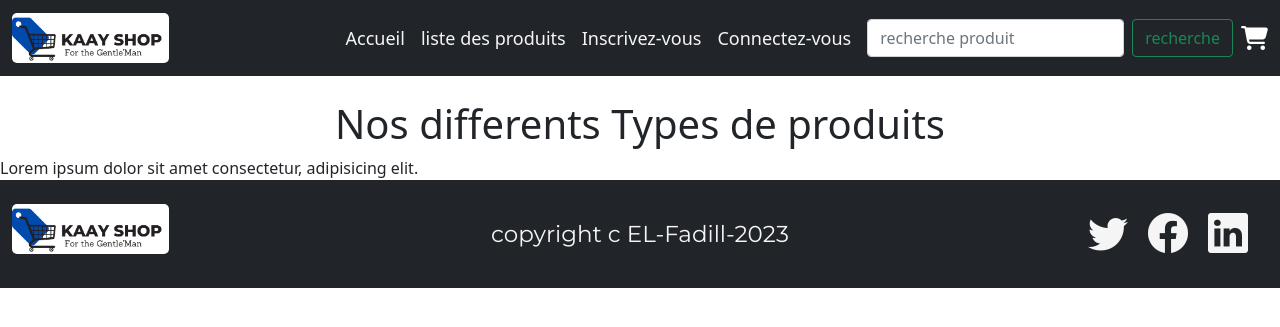
Repository: wadelfadill/Mini_projet_bootstrap_Site_vente_online
Page: list_product.html
These files come from the project's save history. The page is drawn as it stood at one moment and after the next save; the edit follows.
The browser window is 1280 px wide. The pictures show the whole page.
Some web libraries are served in a nearby version.

Above is the page before, as saved 2023-05-16 10:34:02.

### list_product.html
<!DOCTYPE html>
<html lang="en">
<head>
    <!--======== Website icone =======-->
    <link rel="shortcut icon" href="assets/images/logo/cart-shopping-solid.svg" type="image/x-icon">
    <meta charset="UTF-8">
    <meta http-equiv="X-UA-Compatible" content="IE=edge">
    <meta name="viewport" content="width=device-width, initial-scale=1.0">
    <!--=========== Title of Website ============-->
    <title>KAAY-SHOP</title>

    <!--======== Bootstrap Links ===========-->
    <link href="https://cdn.jsdelivr.net/npm/bootstrap@5.1.3/dist/css/bootstrap.min.css" rel="stylesheet" integrity="sha384-1BmE4kWBq78iYhFldvKuhfTAU6auU8tT94WrHftjDbrCEXSU1oBoqyl2QvZ6jIW3" crossorigin="anonymous">
    <link rel="stylesheet" href="https://cdn.jsdelivr.net/npm/bootstrap-icons@1.10.5/font/bootstrap-icons.css">
    <!--========= CSS links ===============-->
    <link rel="stylesheet" href="assets/css/style.css">
    <link rel="stylesheet" href="assets/css/list_product_style.css">
    <!--========= Google Fonts Links =========-->
    <link rel="preconnect" href="https://fonts.googleapis.com">
    <link rel="preconnect" href="https://fonts.gstatic.com" crossorigin>
    <link href="https://fonts.googleapis.com/css2?family=Montserrat:wght@400;700&family=Roboto:wght@100;400;700&display=swap" rel="stylesheet">
    <!--========== Google Font-Awesome Script  ==========-->
    <script src="https://kit.fontawesome.com/8f130c8a35.js" crossorigin="anonymous"></script>

</head>
<body>
    <!-- ========== Start Header Section ========== -->
    <header id="header">
        <nav class="navbar navbar-expand-lg navbar-dark bg-dark fixed-top">
            <div class="container-fluid">
              <a class="navbar-brand" href="#header"><img src="assets/images/logo/kAAY SHOP.png" alt="" class="img-fluid website_logo"></a>
              <button class="navbar-toggler" type="button" data-bs-toggle="collapse" data-bs-target="#navbarSupportedContent" aria-controls="navbarSupportedContent" aria-expanded="false" aria-label="Toggle navigation">
                <span class="navbar-toggler-icon"></span>
              </button>
              <div class="collapse navbar-collapse" id="navbarSupportedContent">
                <ul class="navbar-nav ms-auto mb-2 mb-lg-0 me-2">
                  <li class="nav-item">
                    <a class="nav-link active" aria-current="page" href="index.html">Accueil</a>
                  </li>
                  <li class="nav-item">
                    <a class="nav-link" href="list_product.html">liste des produits</a>
                  </li>
                  <li class="nav-item">
                    <a class="nav-link" href="registration.html">Inscrivez-vous</a>
                  </li>
                  <li class="nav-item">
                    <a class="nav-link" href="longin.html">Connectez-vous</a>
                  </li>
                </ul>
                <form class="d-flex">
                  <input class="form-control me-2" type="search" placeholder="recherche produit" aria-label="Search">
                  <button class="btn btn-outline-success" type="submit">recherche</button>
                </form>
                <div class="market-icone ms-2">
                    <i class="fa-solid fa-cart-shopping fa-xl" style="color: #ffffff;"></i>
                </div>
              </div>
            </div>
        </nav>
    </header>
    <!-- ========== End Header Section ========== -->
    <!--==================================================-->
   <!-- ========== Start Main ========== -->
   <main id="main">
        <!-- <section id="shirts">
          <div class="container-fluid text-center">
            <div class="entete">
              <h1>LES SHIRTS</h1>
            <span>Lorem ipsum dolor sit amet consectetur adipisicing elit.</span>
            </div>
            <div class="row">
             <div class="categorie_title">
              <h2>Tee-shirts</h2>
             </div>
              <div class="col-md-3">
              </div>
              <div class="col-md-3"></div>
              <div class="col-md-3"></div>
              <div class="col-md-3"></div>
            </div>
          </div>
        </section> -->
        <div id="list_banner">
          <div id="carouselExampleInterval" class="carousel slide" data-bs-ride="carousel">
            <div class="carousel-inner">
              <div class="carousel-item active" data-bs-interval="10000">
                <div class="item1">
                  <h1 class="text-center">Nos differents Types de produits</h1>
                  <span class="text-center">Lorem ipsum dolor sit amet consectetur, adipisicing elit.</span>
                </div>
              </div>
              <div class="carousel-item" data-bs-interval="2000">
                <div class="item2">
                  <h1 class="text-center">Shirts</h1>
                  <span class="text-center">Lorem ipsum dolor sit amet consectetur, adipisicing elit.</span>
                </div>
              </div>
              <div class="carousel-item">
                <div class="item3">
                  <h1 class="text-center">Pantalons</h1>
                  <span class="text-center">Lorem ipsum dolor sit amet consectetur, adipisicing elit.</span>
                </div>
              </div>
              <div class="carousel-item">
                <div class="item4">
                  <h1 class="text-center">Shoes</h1>
                  <span class="text-center">Lorem ipsum dolor sit amet consectetur, adipisicing elit.</span>
                </div>
              </div>
              <div class="carousel-item">
                <div class="item5">
                  <h1 class="text-center">Accessoires</h1>
                  <span class="text-center">Lorem ipsum dolor sit amet consectetur, adipisicing elit.</span>
                </div>
              </div>
            </div>
            <button class="carousel-control-prev" type="button" data-bs-target="#carouselExampleInterval" data-bs-slide="prev">
              <span class="carousel-control-prev-icon" aria-hidden="true"></span>
              <span class="visually-hidden">Previous</span>
            </button>
            <button class="carousel-control-next" type="button" data-bs-target="#carouselExampleInterval" data-bs-slide="next">
              <span class="carousel-control-next-icon" aria-hidden="true"></span>
              <span class="visually-hidden">Next</span>
            </button>
          </div>
        </div>
   </main>
   <!-- ========== End Main ========== -->
   <!--========================================================-->
   <!-- ========== Start Footer Section ========== -->
   <footer id="footer" class="bg-dark navbar-dark">
    <div class="container-fluid pt-4 pb-4">
        <div class="row gap-5 gap-md-0">
            <div class="col-md-4 text-center text-md-start">
                <div class="logo">
                    <img src="assets/images/logo/kAAY SHOP.png" alt="" class="img-fluid website_logo">
                </div>
            </div>
            <div class="col-md-4 text-center my-auto">
                <div class="copyright">
                    copyright c EL-Fadill-2023
                </div>
            </div>
            <div class="col-md-4 text-center text-md-end my-auto">
                <div class="icones d-flex flex-row align-items-center justify-content-center justify-content-md-end gap-5 gap-md-0">
                    <i class="bi bi-twitter"></i>
                    <i class="bi bi-facebook"></i>
                    <i class="bi bi-linkedin"></i>
                </div>
            </div>
        </div>
    </div>
   </footer>
   <!-- ========== End Footer Section ========== -->
   <!--=========================================================-->
    <!--======= Bootstrap Js Script ==========-->
    <script src="https://cdn.jsdelivr.net/npm/bootstrap@5.1.3/dist/js/bootstrap.bundle.min.js" integrity="sha384-ka7Sk0Gln4gmtz2MlQnikT1wXgYsOg+OMhuP+IlRH9sENBO0LRn5q+8nbTov4+1p" crossorigin="anonymous"></script>
</body>
</html>

### assets/css/style.css
/* ======= General ==========*/
*{
    margin: 0;
    padding: 0;
    box-sizing: border-box;
}
body{
    margin: 0;
    padding: 0;
}


/* ======= header section ========*/
.website_logo{
    height: 50px;
    border-radius: 5px;
}
nav ul li a{
    font-family: 'Monserrat' 'sans serif';
    font-size: 18px;
    font-weight: 400;
    color: whitesmoke !important;
}
main{
    /* height: 900px; */
}
#footer{
    font-size: 23px;
    color: whitesmoke;
    font-weight: 400;
    font-family: 'Montserrat';
}
#footer i{
    display: inline-block;
    font-size: 40px;
    padding-right: 20px;
    cursor: pointer;
}

### assets/css/list_product_style.css
main{
    padding-top: 100px;
    margin: 0;
    padding-left: 0;
    padding-right: 0;
}

/*======== Shirts section =========*/
#shirts h1{
    padding-top: 30px;
    font-family: 'Monserrat' 'sans serif';
    font-style: 45px;
    font-weight: 600;
    color: rgb(1, 1, 26);
    margin-bottom: 30px;
}
#shirts span{
    display: inline-block;
    font-family: 'Roboto';
    font-size: 18px;
    font-weight: 500;
    margin-bottom: 40px;
    color: rgb(1, 1, 26);
}
.entete{
    background: beige;
}
#shirts h2{
    padding-top: 20px;
    font-family: 'Monserrat' 'sans serif';
    font-style: 35px;
    font-weight: 500;
    color: rgb(1, 1, 26);
    margin-bottom: 20px;
}
.categorie_title{
    background: rgb(252, 234, 208);
}

After the next save:
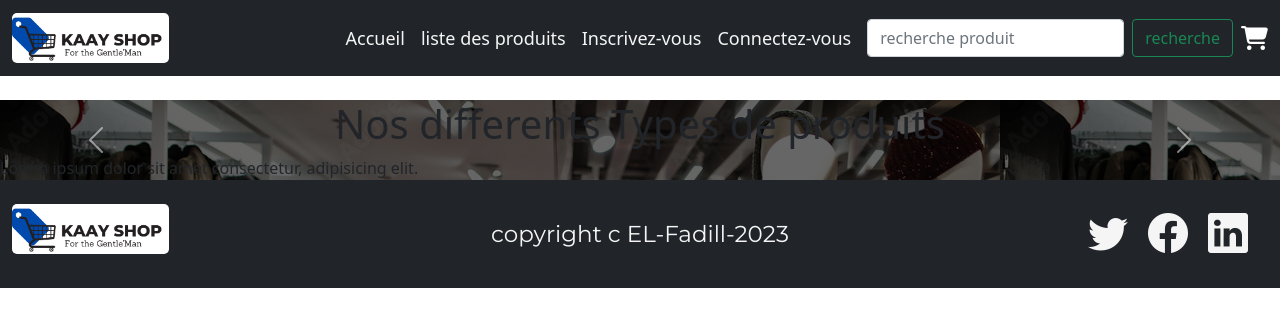
Saved 10 min 22 s later.
--- a/assets/css/list_product_style.css
+++ b/assets/css/list_product_style.css
@@ -36,3 +36,23 @@
 .categorie_title{
     background: rgb(252, 234, 208);
 }
+.item1{
+    width: 100%;
+    background-image: linear-gradient(rgba(0,0,0, 0.6), rgba(0,0,0, 0.6)), url("../images/item1.jpeg");
+}
+.item2{
+    width: 100%;
+    background-image: linear-gradient(rgba(0,0,0, 0.6), rgba(0,0,0, 0.6)), url("../images/item1.jpeg");
+}
+.item3{
+    width: 100%;
+    background-image: linear-gradient(rgba(0,0,0, 0.6), rgba(0,0,0, 0.6)), url("../images/item1.jpeg");
+}
+.item4{
+    width: 100%;
+    background-image: linear-gradient(rgba(0,0,0, 0.6), rgba(0,0,0, 0.6)), url("../images/item1.jpeg");
+}
+.item5{
+    width: 100%;
+    background-image: linear-gradient(rgba(0,0,0, 0.6), rgba(0,0,0, 0.6)), url("../images/item1.jpeg");
+}
